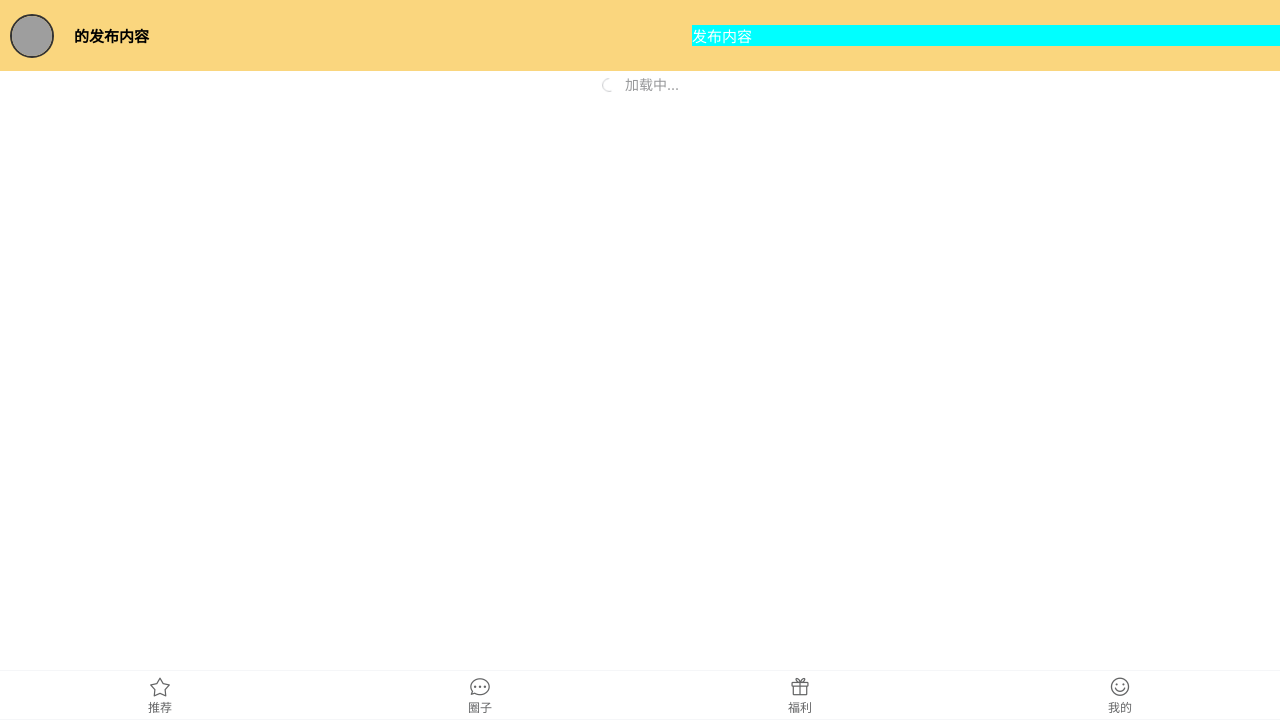
Repository: pbw-langwang/dm
Page: /#/fabu (app in dm_vue/)
The author's editor kept a copy of each file at every save. The page is drawn from the files as they stood at one save, then again after the next save.
The browser window is 1280 px wide. The pictures show the whole page.
The page's requests for data from a server got no answer. The project was rebuilt for these pictures with package versions that can differ from the ones it lists, and the page was loaded fresh each time. No one was signed in, and anything a server would have sent is missing. Also part of the build but not shown: dm_vue/src/components/HelloWorld.vue, dm_vue/src/components/video.vue, dm_vue/src/components/setting.vue, dm_vue/src/components/gift.vue, dm_vue/src/components/Regist.vue, dm_vue/src/components/history.vue, dm_vue/src/components/Search.vue, dm_vue/src/components/SearchList.vue and 2 more.

Above is the page before, as saved 2021-06-22 15:58:39.

After the next save:
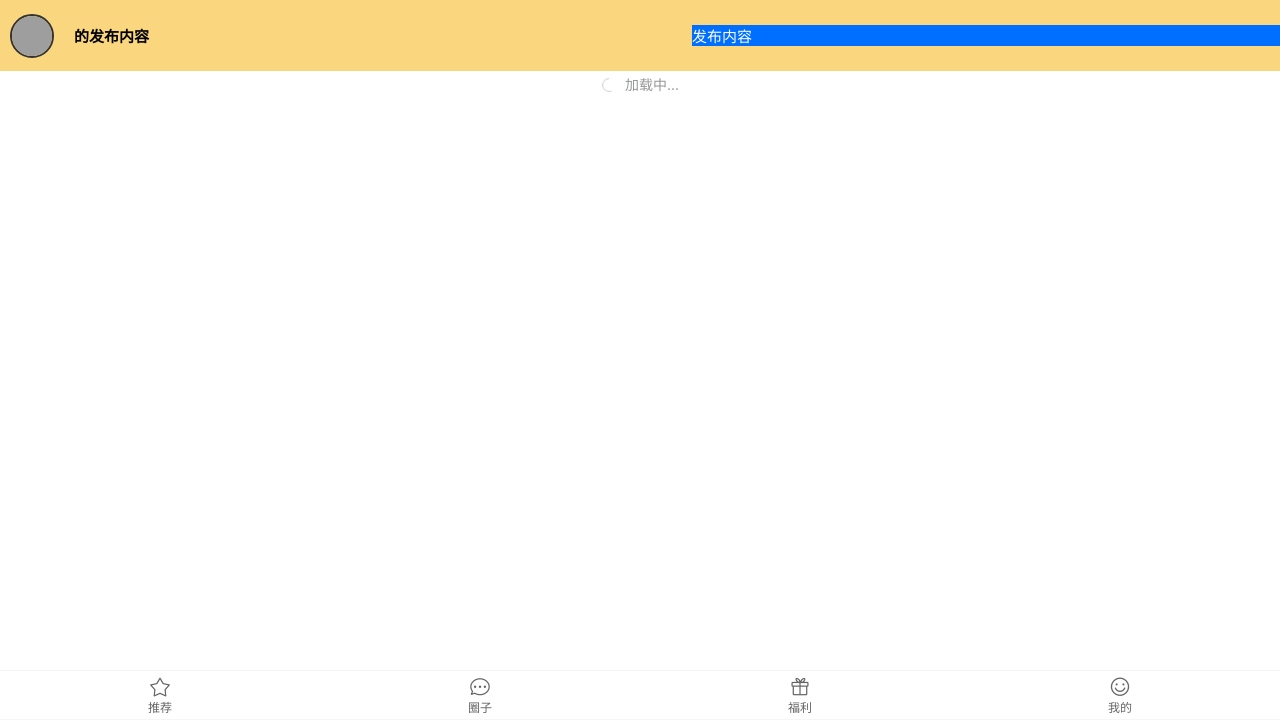
Saved 2 min 32 s later.
--- a/dm_vue/src/components/fabu.vue
+++ b/dm_vue/src/components/fabu.vue
@@ -97,7 +97,7 @@ export default {
   flex: 1;
   margin-left: 20px;
   font-size: 15px;
-  background-color: aqua;
+  background-color: rgb(0, 110, 255);
   color: white;
 }
 
